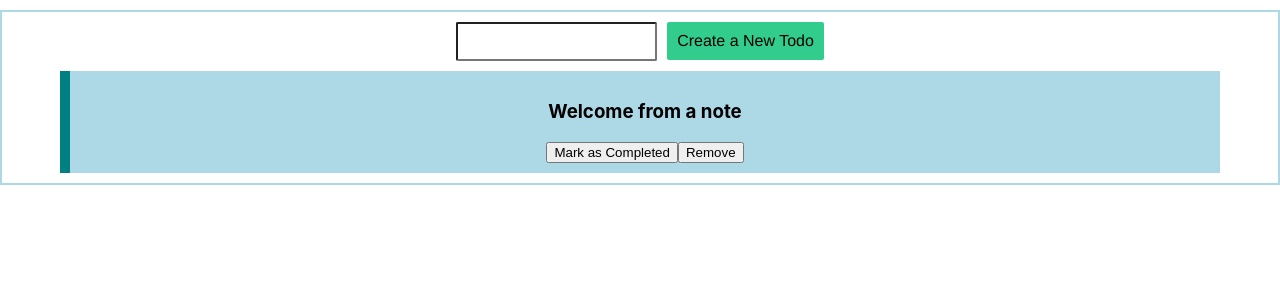
Repository: CaptainStorm21/react-ecosystem-course
Page: /
The author's editor kept a copy of each file at every save. The page is drawn from the files as they stood at one save, then again after a run of saves.
The browser window is 1280 px wide. The pictures show the whole page.
The project was rebuilt for these pictures with package versions that can differ from the ones it lists, and the page was loaded fresh each time.

Above is the page before, as saved 2020-05-30 17:45:44.

After the next 3 saves:
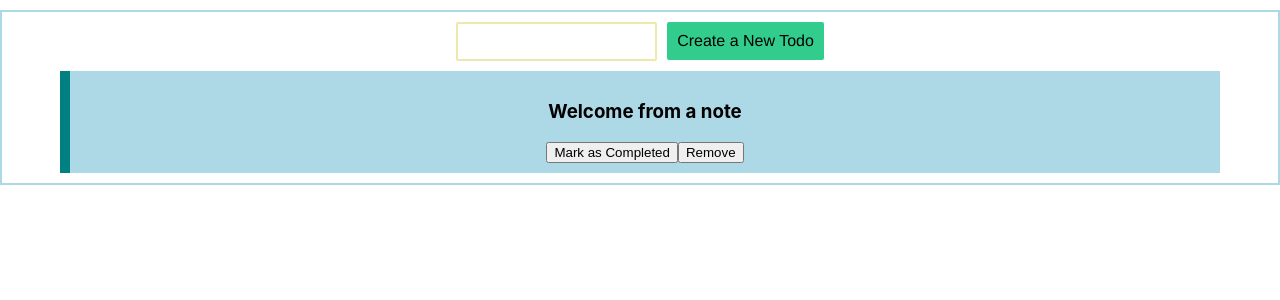
The 3 saves are shown as one change because they came seconds apart.
The last was saved 10 s later.
--- a/src/todos/NewTodoForm.css
+++ b/src/todos/NewTodoForm.css
@@ -20,5 +20,5 @@
 .new-todo-input{
         border-radius: 2px;
             padding: 10px;
-    border: ;
+    border: 2px solid palegoldenrod;
 }
